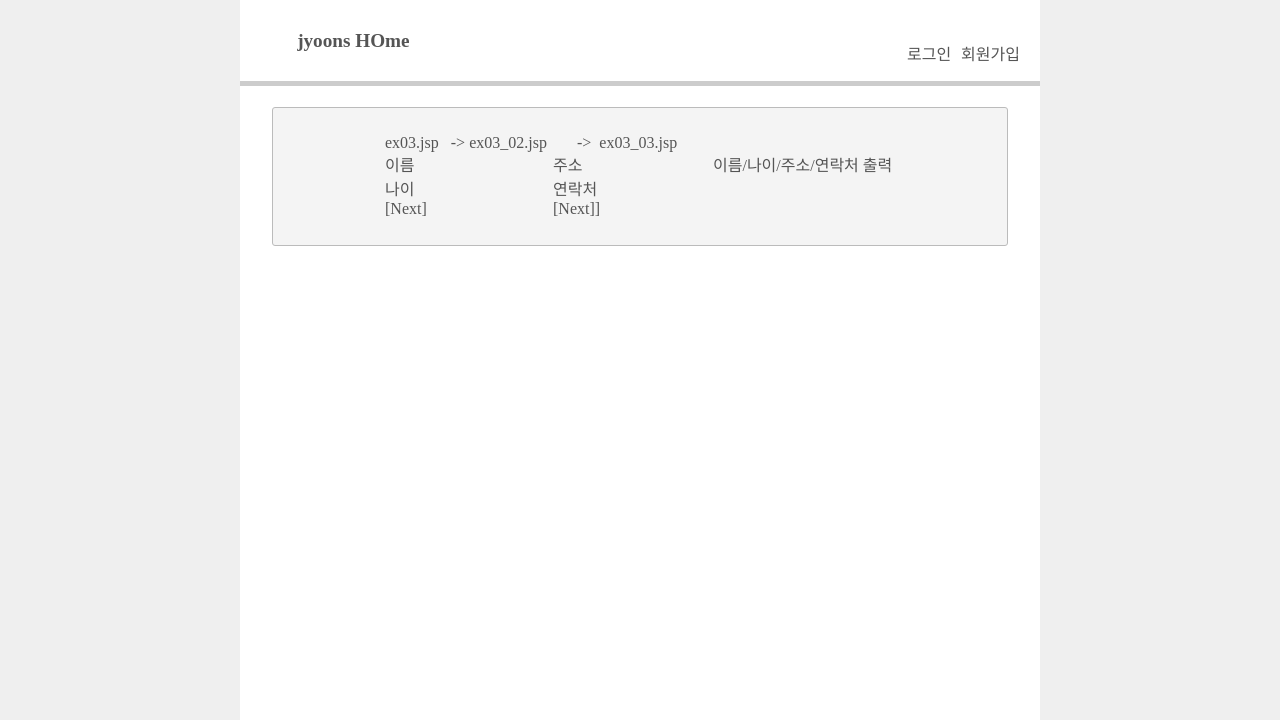
Repository: jyoons00/JSP-sample
Page: http://localhost/jspPro/days04/ex03.jsp
These files come from the project's save history. The page is drawn as it stood at one moment and after the next save; the edit follows.
The browser window is 1280 px wide. The pictures show the whole page.
Some web fonts or font styles are not loaded; a fallback is used. The page is served by Tomcat 9. Other server files are loaded and not shown.

Above is the page before, as saved 2024-10-18 05:47:39.

### jspPro/src/main/webapp/days04/ex03.jsp
<%@ page contentType="text/html; charset=UTF-8" pageEncoding="UTF-8"%>
<%@ taglib prefix="c" uri="http://java.sun.com/jsp/jstl/core" %>
<!DOCTYPE html>
<html>
  <head>
    <meta charset="UTF-8" />
    <title>Insert title here</title>
    <link
      rel="shortcut icon"
      type="image/x-icon"
      href="http://localhost/jspPro/images/SiSt.ico"
    />
    <script src="https://ajax.googleapis.com/ajax/libs/jquery/3.7.1/jquery.min.js"></script>
    <meta name="viewport" content="width=device-width, initial-scale=1.0" />
    <link
      rel="stylesheet"
      href="http://localhost/jspPro/resources/cdn-main/example.css"
    />
    <script src="http://localhost/jspPro/resources/cdn-main/example.js"></script>
    <style>
      span.material-symbols-outlined {
        vertical-align: text-bottom;
      }
    </style>
  </head>
  <body>
    <header>
      <h1 class="main">
        <a href="#" style="position: absolute; top: 30px">jyoons HOme</a>
      </h1>
      <ul>
        <li><a href="#">로그인</a></li>
        <li><a href="#">회원가입</a></li>
      </ul>
    </header>
    <div>
      <xmp class="code">
   			ex03.jsp   -> ex03_02.jsp	->  ex03_03.jsp
   			이름					  주소				  이름/나이/주소/연락처 출력
   			나이					  연락처
   			[Next]				  [Next]]
  	  </xmp>
    </div>

  </body>
</html>

### jspPro/src/main/webapp/resources/cdn-main/example.css
@charset "UTF-8";

@import url('https://fonts.googleapis.com/css2?family=Material+Symbols+Outlined:opsz,wght,FILL,GRAD@20..48,100..700,0..1,-50..200');

@font-face {
    font-family: 'GmarketSansMedium';
    src: url('https://cdn.jsdelivr.net/gh/projectnoonnu/noonfonts_2001@1.1/GmarketSansMedium.woff') format('woff');
    font-weight: normal;
    font-style: normal;
}

:root {
	--text-color: #555;
	--sub-text-color: #777;
	--back-color: #EFEFEF;
	--header-color: #444;
	--primary-color: #DEDEDE;
	--secondary-color: #EFEFEF;
	--default-width: 800px;
	--narrow-width: 500px;
	--wide-width: 1200px;
	--text-font: 'GmarketSansMedium';
	--icon-font: 'Material Symbols Outlined';
	--border-color: #CCC;
}

html, body {
	margin: 0;
	padding: 0;
}

html {
	background-color: var(--back-color);
	display: flex;
	justify-content: center;
	min-height: 100vh;
}

body, body.default {
	width: var(--default-width);
	background-color: white;
	padding-bottom: 120px;
}

body.wide {
	width: var(--wide-width);
}

body.narrow {
	width: var(--narrow-width);
}



body, p, div, span, a, input, select, option, textarea, button, table, th, td, label, fieldset, legend {
	font-family: var(--text-font);
	color: var(--text-color);
}

h1, h2, h3 {
	font-family: var(--text-font);
	color: var(--header-color);
	padding: 0 1rem;
	padding-top: .5rem;
}

div > h1, div > h2, div > h3 {
	padding: 0;
}

body > div, body > main > div {
	padding: 0.3rem 1rem;
}


h1 { font-size: 2rem; border-bottom: 1px solid var(--border-color); }
h1 small { font-size: 1.2rem; color: var(--sub-text-color); }
h2 { font-size: 1.5rem; border-bottom: 1px dashed var(--border-color); }
h2 small { font-size: 1.1rem; color: --sub-text-color; }
h3 { font-size: 1.2rem; }
h3 small { font-size: 1rem; color: --sub-text-color; }



h1.main::before {
	font-family: var(--icon-font);
  	content: '\e666';
  	margin-right: 10px;
  	float: left;
	font-size: 2.5rem;
}

h1.sub::before {
	font-family: var(--icon-font);
  	content: '\ea19';
  	margin-right: 10px;
  	float: left;
	font-size: 2.5rem;
}


h1.page::before {
	font-family: var(--icon-font);
  	content: '\e0e0';
  	margin-right: 10px;
  	float: left;
	font-size: 2.5rem;
}

body > header > ul > li > .active{
	background-color: #FFF;
	color:#F00;
}

body > header {
	display: flex;
	justify-content: space-between;
	border-bottom: 5px solid var(--border-color);
	min-height: 74px;
	background-color: #FFF;
}

body > header.sticky {
	position: sticky;
	top: 0;
	z-index: 98;
}

body > header > h1 {
	font-size: 1.2rem;
	border: 0;
}

body > header.in > h1::before {
	font-family: var(--icon-font);
  	content: '\e332‥';
  	margin-right: 3px;
  	float: left;
	font-size: 2rem;
}


body > header > ul {
	list-style-type: none;
	display: flex;
	align-items: flex-end;
	margin-right: 10px;
}

body > header > ul > li {
	margin-right: 10px;
	cursor: pointer;
}

body > header > ul > li > a {
	cursor: pointer;
}


form {
	display: block;
}

form > div {
	padding: 0.3rem 1rem;
}

div > form > div {
	padding: 0.3rem 0;
}

input, textarea, button, select {
	border: 1px solid #BBB;
	border-radius: 3px;
	outline: none;
	resize: none;
	padding: 7px;
	margin: 0;
}

input[type=text]:read-only, textarea:read-only {
	cursor: not-allowed;
	background-color: #FFF;
}

input[type=text]:disabled, textarea:disabled {
	cursor: not-allowed;
	background-color: #EEE;
}

input[type=text], input[type=password], textarea, button, select {
	/* width: 300px; */
}

textarea {
	display: block;
	height: 100px;
}

input[type=button], input[type=submit], button {
	/* width: inherit; */
}

input.short, textarea.short, button.short, select.short {
	width: 100px;
}

input.long, textarea.long, button.long, select.long {
	width: 350px;
}

.narrow input.long, .narrow textarea.long, .narrow button.long, .narrow select.long {
	width: calc(100% - 20px);
}

input.full, textarea.full, button.full, select.full {
	width: calc(100% - 20px);
}

textarea.short {
	height: 50px;
}

textarea.long {
	height: 100px;
}

textarea.full {
	height: 200px;
}

input, textarea {
	padding-top: 8px;
}

input[type=button], input[type=submit], button {
	padding: 5px 10px;
	background-color: var(--secondary-color);
	cursor: pointer;
	min-height: 36px;
}

input[type=button].primary, input[type=submit].primary, button.primary {
	/* background-color: rgba(100, 149, 237, .2); */
	background-color: var(--primary-color);
}

input[type=button].primary:hover, input[type=submit].primary:hover, button.primary:hover {
	/* background-color: rgba(100, 149, 237, .3); */
	background-color: var(--secondary-color);
}

input[type=button]:hover, input[type=submit]:hover, button:hover {
	background-color: var(--primary-color);
}

button {
	position: relative;
	left: 0;
	top: 0;
	padding-left: 35px;
}

button .material-symbols-outlined {
	position: absolute;
	left: 10px;
	top: 4px;
}

/* k2nik add */
button.login::before {
	font-family: var(--icon-font);
  	content: '\ea77';
	position: absolute;
	left: 11px;
	top: 4px;
	font-size: 1.25rem;
}

/* k2nik logout */
button.logout::before {
	font-family: var(--icon-font);
  	content: '\e9ba';
	position: absolute;
	left: 11px;
	top: 4px;
	font-size: 1.25rem;
}

/* k2nik help */
button.help::before {
	font-family: var(--icon-font);
  	content: '\f1c0';
	position: absolute;
	left: 11px;
	top: 4px;
	font-size: 1.25rem;
}

button.add::before{
	font-family: var(--icon-font);
  	content: '\e746';
	position: absolute;
	left: 11px;
	top: 4px;
	font-size: 1.25rem;
}

button.back::before {
	font-family: var(--icon-font);
  	content: '\e166';
	position: absolute;
	left: 11px;
	top: 4px;
	font-size: 1.25rem;
}

button.list::before {
	font-family: var(--icon-font);
  	content: '\e0ee';
	position: absolute;
	left: 11px;
	top: 4px;
	font-size: 1.25rem;
}


button.del::before {
	font-family: var(--icon-font);
  	content: '\e872';
	position: absolute;
	left: 11px;
	top: 4px;
	font-size: 1.25rem;
}


button.edit::before {
	font-family: var(--icon-font);
  	content: '\e745';
	position: absolute;
	left: 11px;
	top: 4px;
	font-size: 1.25rem;
}


button.login::before {
	font-family: var(--icon-font);
  	content: '\ea77';
	position: absolute;
	left: 11px;
	top: 4px;
	font-size: 1.25rem;
}


button.logout::before {
	font-family: var(--icon-font);
  	content: '\e9ba';
	position: absolute;
	left: 11px;
	top: 4px;
	font-size: 1.25rem;
}


button.in::before {
	font-family: var(--icon-font);
  	content: '\f71a';
	position: absolute;
	left: 11px;
	top: 4px;
	font-size: 1.25rem;
}


button.out::before {
	font-family: var(--icon-font);
  	content: '\f70e';
	position: absolute;
	left: 11px;
	top: 4px;
	font-size: 1.25rem;
}


button.reply::before {
	font-family: var(--icon-font);
  	content: '\e15e';
	position: absolute;
	left: 11px;
	top: 4px;
	font-size: 1.25rem;
}


button.comment::before {
	font-family: var(--icon-font);
  	content: '\e0b9';
	position: absolute;
	left: 11px;
	top: 4px;
	font-size: 1.25rem;
}


button.modal::before {
	font-family: var(--icon-font);
  	content: '\e89e';
	position: absolute;
	left: 11px;
	top: 4px;
	font-size: 1.25rem;
}


button.ok::before {
	font-family: var(--icon-font);
  	content: '\e86c';
	position: absolute;
	left: 11px;
	top: 4px;
	font-size: 1.25rem;
}


button.cancel::before {
	font-family: var(--icon-font);
  	content: '\e5c9';
	position: absolute;
	left: 11px;
	top: 4px;
	font-size: 1.25rem;
}

button.search::before {
	font-family: var(--icon-font);
  	content: '\e8b6';
	position: absolute;
	left: 11px;
	top: 4px;
	font-size: 1.25rem;
}

button.home::before {
	font-family: var(--icon-font);
  	content: '\e88a';
	position: absolute;
	left: 11px;
	top: 4px;
	font-size: 1.25rem;
}


button.sidebar::before {
	font-family: var(--icon-font);
  	content: '\f7e4';
	position: absolute;
	left: 11px;
	top: 4px;
	font-size: 1.25rem;
}


button.sidebar-right::before {
	font-family: var(--icon-font);
  	content: '\f7e5';
	position: absolute;
	left: 11px;
	top: 4px;
	font-size: 1.25rem;
}




button::before {
	font-family: var(--icon-font);
  	content: '\e323';
	position: absolute;
	left: 11px;
	top: 4px;
	font-size: 1.25rem;
}


table {
	border-collapse: collapse;
	margin: 1rem;
	box-sizing: border-box;
	width: calc(100% - 32px);
}

table.content {
	width: auto;
}

div > table {
	margin: 0;
}

table th, table td {
	border: 1px solid var(--border-color);
	padding: 7px;
	font-weight: normal;
}

table th {
	background-color: var(--back-color);
}

table.vertical th {
	width: 150px;
}

table.vertical td {
	width: calc(100% - 182px);
	padding-left: 10px;
}

table.content td, table.content th {
	width: auto;
}

body.narrow table.vertical th {
	width: 100px;
}

body.narrow table.vertical td {
	width: calc(100% - 182px);
}


table + table {
	margin-top: 30px;
}


p {
	padding: 0 1rem;
}

a {
	text-decoration: none;
}

a:hover {
	color: rgba(255, 99, 71, .7);
}

hr {
	border: 0;
	border-top: 1px solid var(--border-color);
	margin: 2rem 0;
}

.message {
	border: 1px solid var(--border-color);
	background-color: #EFEFEF;
	margin: 1rem;
	width: auto;
	padding-top: 10px;
	padding-bottom: 10px;
	font-size: 14px;
}

.message[title]::before {
	content: attr(title);
	display: block;
	border-bottom: 1px solid var(--border-color);
	padding-bottom: 5px;
	margin-bottom: 10px;
	margin-top: 7px;
}

.message.short {
	max-width: 250px;
}

.message.long {
	max-width: 500px;
}

.badge {
	float: right;
	font-size: .8rem;
	margin-top: 2px;
	margin-right: 2px;
	text-shadow: 0 0 7px gray;
}

.badge.left {
	float: none;
	margin-left: 2px;
}

.badge.right {
	float: right;
}

.badge.red {
	border-radius: 50%;
	padding: 2px 5px;
	background-color: rgb(255, 99, 71, .3);
}

.badge.yellow {

	border-radius: 50%;
	padding: 2px 5px;
	background-color: rgb(255, 215, 0, .5);
}

.badge.blue {
	border-radius: 50%;
	padding: 2px 5px;
	background-color: rgb(100, 149, 237, .3);
}

label + label {
	margin-left: 7px;
}

label input[type=checkbox], label input[type=radio] {
	transform: translate(0, 1px);
}

.group {
	display: flex;
}

.modal-content .group {
	margin-bottom: .5rem;
}

.group label {
	border: 1px solid #BBB;
	border-radius: 3px;
	outline: none;
	resize: none;
	padding: 7px 14px;
	margin: 0;
	border-top-right-radius: 0;
	border-bottom-right-radius: 0;
	background-color: #EFEFEF;
	white-space: nowrap;
	font-size: 14px;
}

.group input[type=text] {
	margin-left: -1px;
	border-top-left-radius: 0;
	border-bottom-left-radius: 0;
}

.group select {
	margin-left: -1px;
	border-top-left-radius: 0;
	border-bottom-left-radius: 0;
}

.group input.full[type=text] {
	margin-left: -1px;
	border-top-left-radius: 0;
	border-bottom-left-radius: 0;
	width: 100%;
}

.group input[type=button]:first-child, .group button:first-child {
	border-top-left-radius: 3px;
	border-bottom-left-radius: 3px;
	margin-left: 0px;
}

.group input[type=button], .group button {
	border-radius: 0;
	margin-left: -1px;
}

.group input[type=button]:last-child, .group button:last-child {
	margin-left: -1px;
	border-top-right-radius: 3px;
	border-bottom-right-radius: 3px;
}

.seperate {
	display: flex;
	justify-content: space-between;
}

div.list {
	width: max-content;
	margin: 1rem;
	border: 1px solid #BBB;
	border-radius: 3px;
	padding: 0;
}

div.list.full {
	width: auto;
	display: block;
	margin: 1rem;
	border: 1px solid #BBB;
	border-radius: 3px;
	padding: 0;
}

div.list > div {
	padding: .5rem 1rem;
	margin: 0;
	border-bottom: 1px solid #BBB;
}

div.list > div:last-child {
	border-bottom: 0;
}

pre.code , xmp.code{
	font-family: consols;
	background-color: rgba(150, 150, 150, .1);
	border: 1px solid #BBB;
	border-radius: 3px;
	padding: .5rem 1rem;
	padding-bottom: .6rem;
	margin: 1rem;
}




*[data-modal-window] {
	position: fixed;
	background-color: rgba(0, 0, 0, .3);
	left: 0;
	top: 0;
	display: none;
	justify-content: center;
	align-items: flex-start;
	width: 100%;
	min-height: 100vh;
	z-index: 100;
	opacity: 0;
	transition: 500ms all;
}

*[data-modal-window] .modal-container {
	border-radius: 5px;
	padding: 1rem;
	padding-bottom: .5rem;
	margin-top: -500px;
	opacity: 0;
	width: 500px;
	background-color: #FFF;
	margin-right: 2rem;
	transition: 500ms all;
}

*[data-modal-size=content] .modal-container {
	width: auto;
}

*[data-modal-size=narrow] .modal-container {
	width: 300px;
}

*[data-modal-size=wide] .modal-container {
	width: 760px;
}


*[data-modal-window] .modal-header {
	border-bottom: 1px solid var(--border-color);
	padding: 2px 5px;
}

*[data-modal-window] .modal-content {
	padding: 1rem 5px;
}

*[data-modal-window] .modal-content div:last-child {
	margin-top: 1rem;
	text-align: right;
}



*[data-sidebar-window] {
	position: fixed;
	background-color: #FFF;
	left: 0;
	top: 0;
	display: block;
	width: 300px;
	border-right: 1px solid var(--border-color);
	box-sizing: border-box;
	box-shadow: 0 0 3px var(--back-color);
	min-height: 100vh;
	z-index: 99;
	transform: translate(-300px, 0);
	transition-duration: 500ms;
	transition-property: transform;
}

*[data-sidebar-direction=right] {
	left: auto;
	right: 0;
	transform: translate(300px, 0);
	border-left: 1px solid var(--border-color);
}

*[data-sidebar-size=wide] {
	width: 500px;
	transform: translate(-500px, 0);
}

*[data-sidebar-window] .sidebar-title {
	border-bottom: 1px solid var(--border-color);
	margin-top: 20px;
	margin-bottom: 20px;
	padding-bottom: 5px;
	display: flex;
	justify-content: space-between;
}

*[data-sidebar-window] .sidebar-title span:last-child {
	cursor: pointer;
}


/* K2Nik pagination */
.center {
  text-align: center;
}

.pagination {
  display: inline-block;
}

.pagination a {
  color: black;
  float: left;
  padding: 3px 6px;
  text-decoration: none;
  transition: background-color .3s;
  border: 1px solid #ddd;
  margin: 0 3px;
}

.pagination a.active {
  background-color: #4CAF50;
  color: white;
  border: 1px solid #4CAF50;
}

.pagination a:hover:not(.active) {background-color: #ddd;}

### jspPro/src/main/webapp/resources/cdn-main/example.js

window.onload = () => {

    const list = document.querySelectorAll('input, textarea');

    list.forEach(item => {
        item.setAttribute('autocomplete', 'off');
    });


    const modal_btn_list = document.querySelectorAll('*[data-modal-button]');

    modal_btn_list.forEach(item => {
        item.onclick = function() {

            const name = this.dataset['modalButton'];
            const modal_window = document.querySelector('*[data-modal-window=' + name);

            const container = document.createElement('div');
            container.className = 'modal-container';



            const modal_header = document.createElement('div');
            modal_header.textContent = modal_window.dataset['modalTitle'];
            modal_header.className = 'modal-header';
            container.appendChild(modal_header);

            const modal_content = document.createElement('div');
            modal_content.className = 'modal-content';
            container.appendChild(modal_content);

            Array.from(modal_window.childNodes).forEach(item => {
                modal_content.appendChild(item);
            });

            modal_window.appendChild(container);

            modal_window.style.display = 'flex';

            setTimeout(() => {
                modal_window.style.opacity = 1;
                container.style.marginTop = '20px';
                container.style.opacity = 1;
            }, 50);


            const modal_ok = document.querySelector('*[data-modal-ok=' + name);
            modal_ok.addEventListener('click', function() {
                modal_window.style.opacity = 0;
                container.style.marginTop = '-500px';
                container.style.opacity = 0;

                setTimeout(() => {
                    modal_window.innerHTML = modal_content.innerHTML;
                    modal_window.style.display = 'none';
                }, 500);

            });

            const modal_cancel = document.querySelector('*[data-modal-cancel=' + name);
            modal_cancel.addEventListener('click', function() {

                modal_window.style.opacity = 0;
                container.style.marginTop = '-500px';
                container.style.opacity = 0;

                setTimeout(() => {
                    modal_window.innerHTML = modal_content.innerHTML;
                    modal_window.style.display = 'none';
                }, 500);
            });


        };
    });


    const sidebar_btn_list = document.querySelectorAll('*[data-sidebar-button]');

    sidebar_btn_list.forEach(item => {
        item.onclick = function() {



            const name = this.dataset['sidebarButton'];
            const sidebar_window = document.querySelector('*[data-sidebar-window=' + name);

            if (sidebar_window.style.transform == 'translate(0px, 0px)') return;



            sidebar_window.style.transform = 'translate(0, 0)';

            const sidebar_title = document.createElement('div');
            sidebar_title.className = 'sidebar-title';
            sidebar_title.innerHTML = '<span>' + sidebar_window.dataset['sidebarTitle'] + '</span><span class="material-symbols-outlined">close</span>';

            sidebar_title.children[1].onclick = function() {

                let sign = 1;
                let distance = 300;

                if (sidebar_window.dataset['sidebarDirection'] != 'right') {
                    sign = -1;
                } else {
                    sign = 1;
                }

                if (sidebar_window.dataset['sidebarSize'] != 'wide') {
                    distance = 300;
                } else {
                    distance = 500;
                }

                distance *= sign;

                sidebar_window.style.transform = 'translate(' + distance + 'px, 0)';

                setTimeout(function() {
                    sidebar_window.removeChild(sidebar_window.children[0]);
                }, 500);
            };


            sidebar_window.prepend(sidebar_title);

        }
    });

};

// window.onkeydown = function(event) {

//     if (event.keyCode == 27) {
//         if (document.querySelector('[data-modal-window').style.display == 'flex') {
//             document.querySelector('[data-modal-window').style.display = 'none';
//         }
//     }

// };

After the next save:
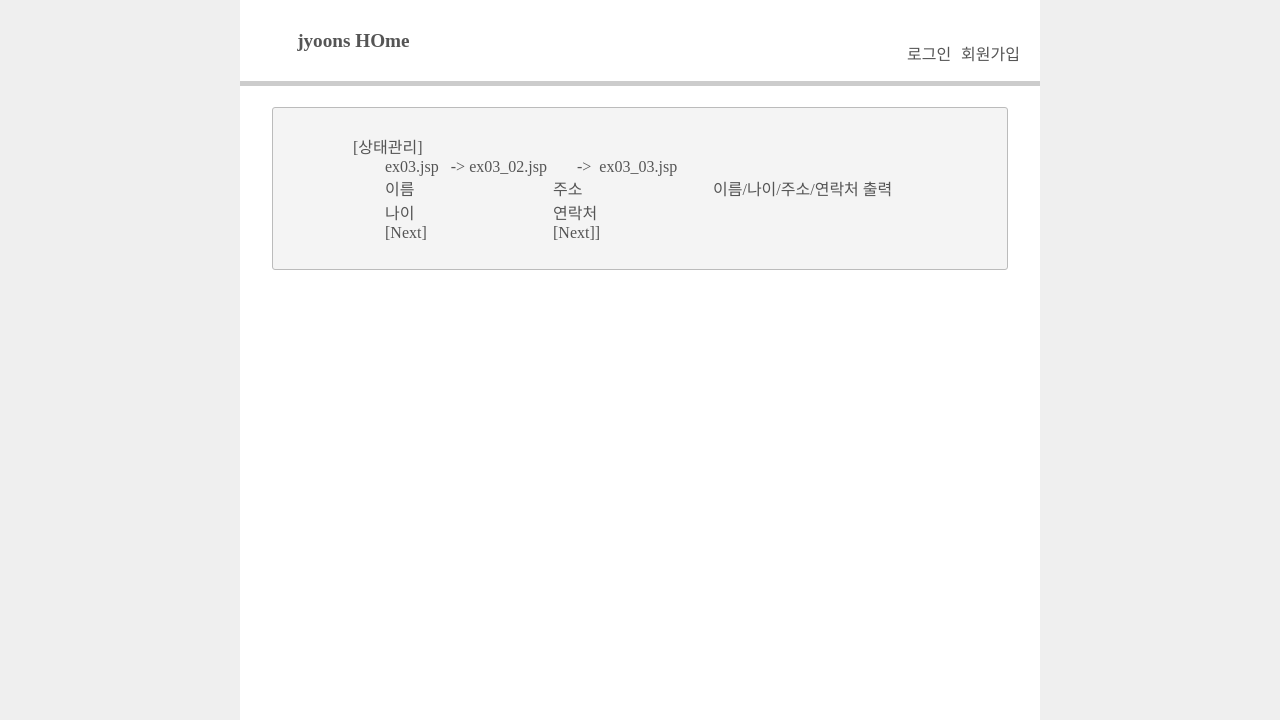
Saved 26 s later.
--- a/jspPro/src/main/webapp/days04/ex03.jsp
+++ b/jspPro/src/main/webapp/days04/ex03.jsp
@@ -35,6 +35,7 @@
     </header>
     <div>
       <xmp class="code">
+      		[상태관리]
    			ex03.jsp   -> ex03_02.jsp	->  ex03_03.jsp
    			이름					  주소				  이름/나이/주소/연락처 출력
    			나이					  연락처
